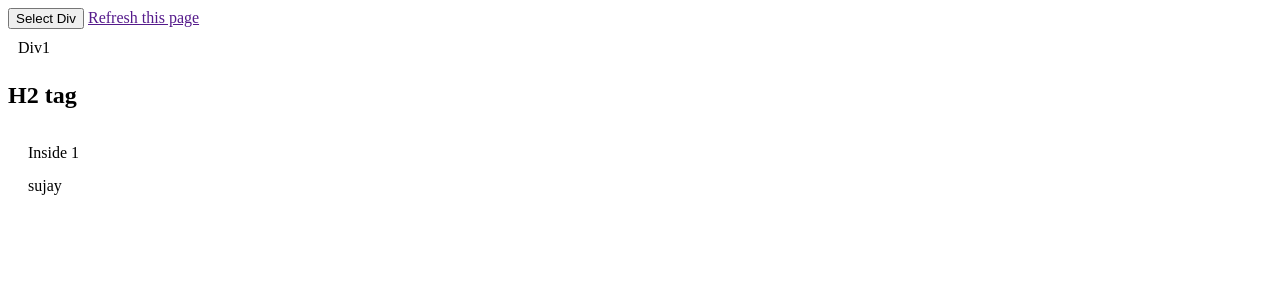
Repository: sujay-a-v/FunctionalPrograms
Page: Sujay/jQuery/jQueryExample/WebContent/SelectorTagname.html
An editor plug-in stored every save of this project. The page is shown before and after the next save, followed by the edit.
The browser window is 1280 px wide. The pictures show the whole page.
Some web libraries are served in a nearby version.

Above is the page before, as saved 2017-10-25 05:02:28.

### Sujay/jQuery/jQueryExample/WebContent/SelectorTagname.html
<!DOCTYPE html>
<html>
<head>
   <meta charset="utf-8">
   <title>jQuery Select elements by tagName</title>

   <script type="text/javascript" src="http://code.jquery.com/jquery-1.11.3.js"></script>

   <style>
      div {
        padding: 5px;
        margin:5px;
        width: 100px;
      }
   </style>

   <script>
      function selectDiv()  {
          $('div').css("border","1px solid red");
      }
   </script>
</head>
<body>

   <input type="button" onclick="selectDiv();" value="Select Div"/>
   <a href="">Refresh this page</a>


   <div>Div1</div>

   <h2>H2 tag</h2>

   <div>

        <div>Inside 1</div>

        <div>sujay</div>

   </div>


</body>
</html>

After the next save:
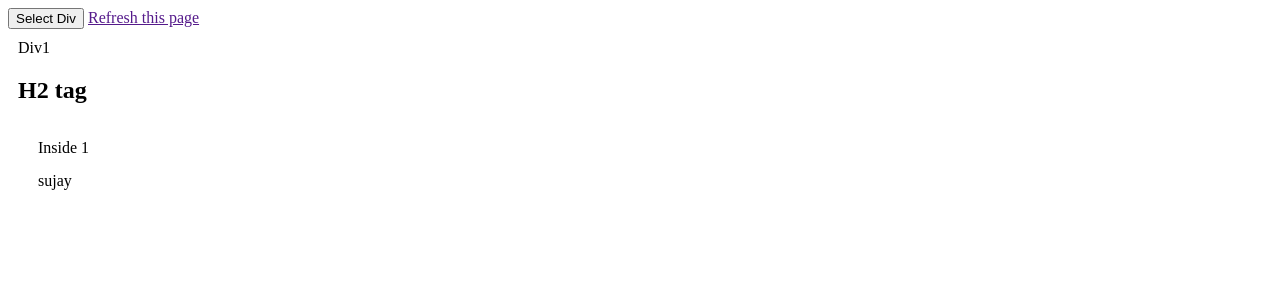
Saved 37 s later.
--- a/Sujay/jQuery/jQueryExample/WebContent/SelectorTagname.html
+++ b/Sujay/jQuery/jQueryExample/WebContent/SelectorTagname.html
@@ -26,7 +26,7 @@
    <a href="">Refresh this page</a>
 
 
-   <div>Div1</div>
+   <div>Div1
 
    <h2>H2 tag</h2>
 
@@ -37,7 +37,7 @@
         <div>sujay</div>
 
    </div>
-
+   </div>
 
 </body>
 </html>
